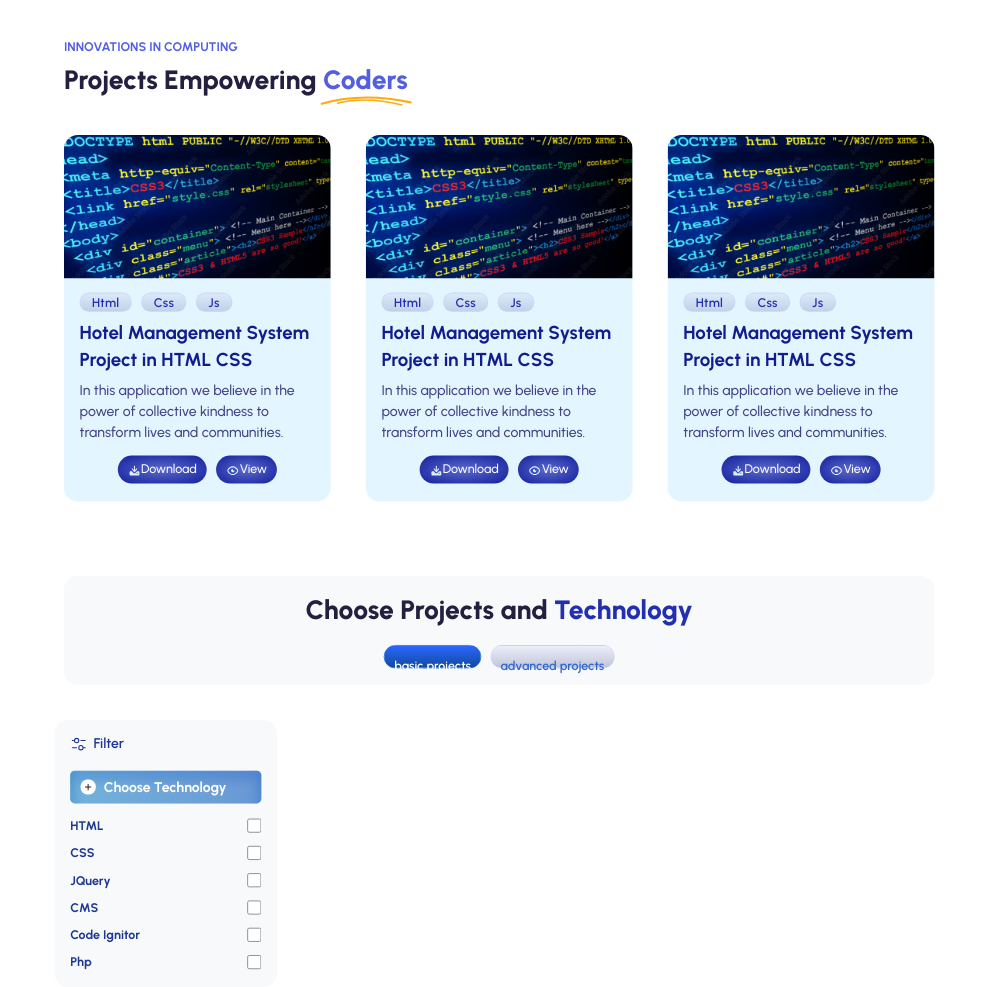
Repository: sharma171/jtccreativeideas
Page: /newsection (app in nextjssite/)
These files come from the project's save history. The page is drawn as it stood at one moment and after the next save; the edit follows.
The browser window is 1280 px wide. The pictures show the whole page, at 78% of full size.
The project was rebuilt for these pictures with package versions that can differ from the ones it lists, and the page was loaded fresh each time. The framework's server and built-in components were replaced by stand-ins that run in the browser. Also part of the build but not shown: nextjssite/next.config.mjs.

Above is the page before, as saved 2024-03-30 17:58:34.

After the next save:
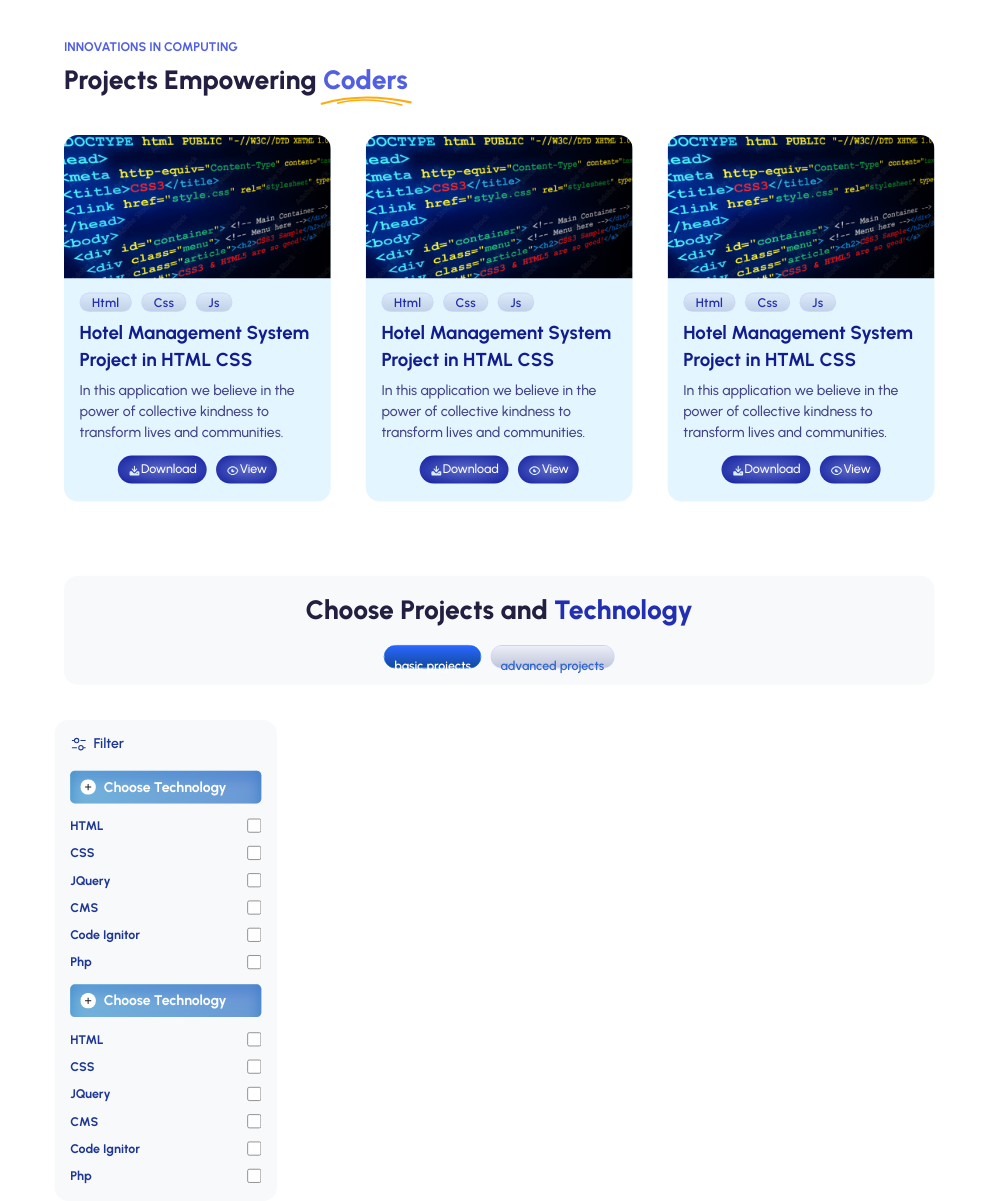
Saved 4 min 22 s later.
--- a/nextjssite/src/app/newsection/page.jsx
+++ b/nextjssite/src/app/newsection/page.jsx
@@ -150,6 +150,22 @@ const Page = () => {
                             <li><label htmlFor="checklist3">Code Ignitor</label><input type="checkbox" id="checklist3" /></li>
                             <li><label htmlFor="checklist3">Php</label><input type="checkbox" id="checklist3" /></li>
                         </ul>
+                        <div className="filter-head">
+                            <svg width="20" height="20" viewBox="0 0 20 20" fill="none" xmlns="http://www.w3.org/2000/svg">
+                                <circle cx="10" cy="10" r="10" fill="white"/>
+                                <path id="one" d="M6.5 10H13.5" stroke="#121212" stroke-width="1.2" stroke-linecap="round" stroke-linejoin="round"/>
+                                <path id="two" d="M10 13.6L10 6.59998" stroke="#121212" stroke-width="1.2" stroke-linecap="round" stroke-linejoin="round"/>
+                            </svg>
+                            <h3 className="head">Choose Technology</h3>
+                        </div>
+                        <ul className="filter-techlist">
+                            <li><label htmlFor="checklist1">HTML</label><input type="checkbox" id="checklist1" /></li>
+                            <li><label htmlFor="checklist2">CSS</label><input type="checkbox" id="checklist2" /></li>
+                            <li><label htmlFor="checklist3">JQuery</label><input type="checkbox" id="checklist3" /></li>
+                            <li><label htmlFor="checklist3">CMS</label><input type="checkbox" id="checklist3" /></li>
+                            <li><label htmlFor="checklist3">Code Ignitor</label><input type="checkbox" id="checklist3" /></li>
+                            <li><label htmlFor="checklist3">Php</label><input type="checkbox" id="checklist3" /></li>
+                        </ul>
                     </div>
                     <div class="col-md-9 ecom-content"></div>
                 </div>
